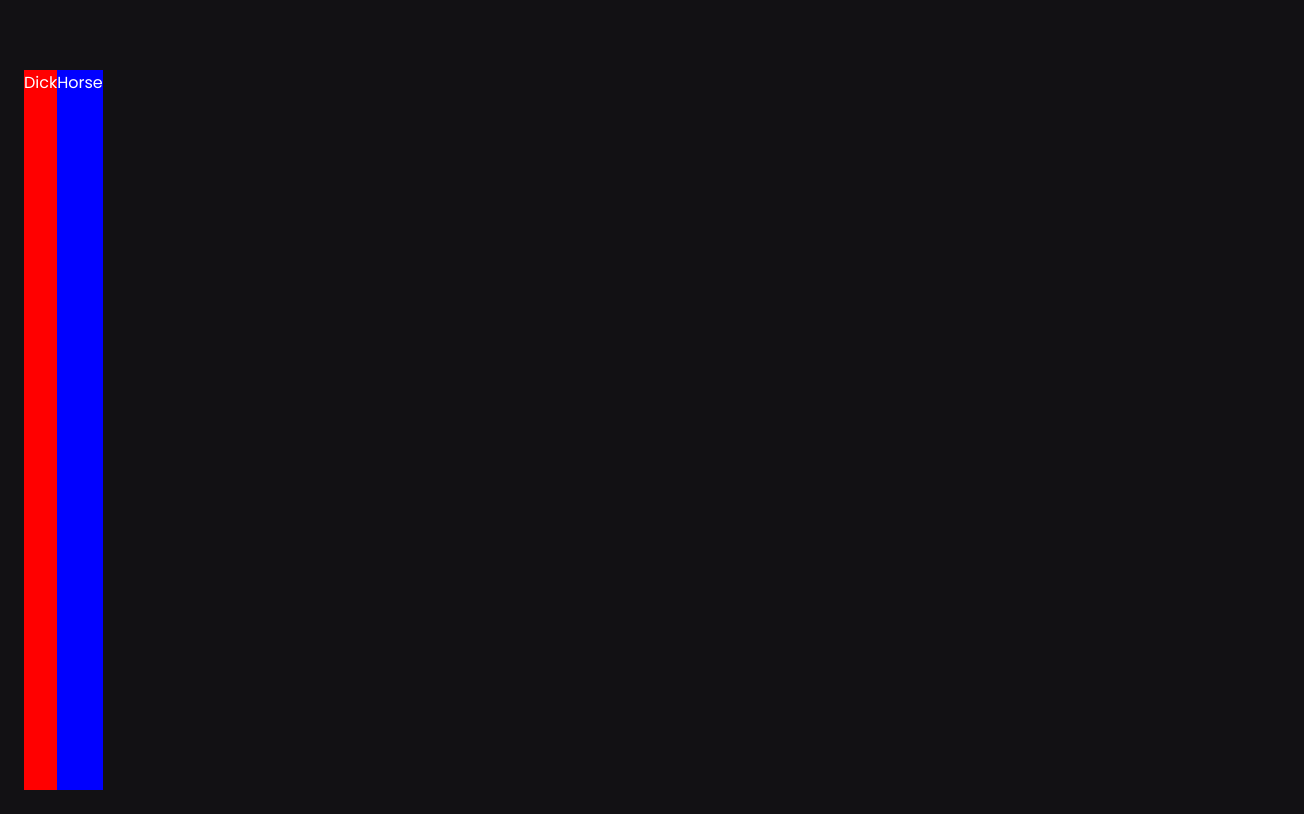
Repository: tjcages/adhoc
Page: /
An editor plug-in stored every save of this project. The page is shown before and after the next save, followed by the edit.
The browser window is 1280 px wide. The page is 1304 px wide, so the pictures cover 1304 px, including what lies to the right of the window. The pictures show the whole page.
The project was rebuilt for these pictures with package versions that can differ from the ones it lists, and the page was loaded fresh each time.

Above is the page before, as saved 2021-03-11 15:38:46.

### src/index.js
import React from 'react';
import ReactDOM from 'react-dom';
import App from './App.tsx';
import './scss/main.scss';

ReactDOM.render(
  <React.StrictMode>
    <App />
  </React.StrictMode>,
  document.getElementById('root')
);

### src/App.tsx
// import Header from './components/Header.jsx'
import { Layout } from './components/Layout'

function App() {
  return (
    <div className="App">
      <Layout />
    </div>
  );
}

export default App;

### src/scss/main.scss
@import './variables';

// Selectively import certain Bootstrap files
@import 'node_modules/bootstrap/scss/bootstrap-grid';
@import 'node_modules/bootstrap/scss/mixins';
@import 'node_modules/bootstrap/scss/utilities';
@import 'node_modules/bootstrap/scss/images';

@import './App';
@import './Header';
@import './Layout';

### src/components/Layout.tsx
import * as React from "react";

export const Layout = () => {
    return (
        <div className="layout_container">
            <div className="layout_navigation">Dick</div>
            <div className="layout_browser">Horse</div>
        </div>
    )
}

### src/scss/variables.scss
@import url("https://fonts.googleapis.com/css2?family=Roboto+Condensed&display=swap");
@import url("https://fonts.googleapis.com/css2?family=Roboto:wght@300;400;500;700;900&display=swap");

// Fonts
$font-family-serif: "Open Sans", serif;
$font-family-sans-serif: "Montserrat", "Open Sans", sans-serif;
$font-family-font-awesome: 'Font Awesome 5 Pro';
$font-family-font-awesome-brands: 'Font Awesome 5 Brands';
$Roboto-condensed: "Roboto Condensed", sans-serif;
$Roboto: "Roboto", sans-serif;

// Colors
$primary:                               #FF5454 ;
$secondary:                             #606975;
$red:                                   #ff0000;
$dark:                                  #374250;
$light:                                 #f8f8f8;
$gray:                                  #606975;
$white:                                 #ffffff;
$text-dark:                             #838899;

// Body
$body-bg:                               #E6E6E6;
$body-color:                            #000;

// Links
$link-color:                            $text-dark;
$link-decoration:                       none;
$link-hover-color:                      $primary;
$link-hover-decoration:                 none;

### src/scss/App.scss
@import url('https://fonts.googleapis.com/css?family=Poppins:300,400,500,600');

html {
  margin: 0px;
  padding: 0px;
}

body {
  font-family: 'Poppins';
  margin: 0px;
  background: rgb( 18, 17, 20 );
  color: rgb( 255, 255, 255 );
  padding: 24px;
  margin-top: 10px;
}

h1 {
  margin: 0;
  font-size: 36px;
  font-weight: 500;
}

### src/scss/_Header.scss
#container {
    overflow: hidden;
    display: grid;

    .titlebar {
        -webkit-app-region: drag;
        height: 32px;
        margin-bottom: 10px;
    }

    .space-info {
        padding-left: 32px;
        padding-right: 32px;
        overflow: hidden;
        float: left;
        display: flex;
        align-items: center;
        cursor: pointer;

        .indicator {
            height: 36px;
            width: 36px;
            background-color: rgba( 235, 68, 89, 0.3 );
            border-radius: 50%;
            align-items: center;
            display: flex;
            margin-right: 16px;
        }

        .inner-indicator {
            height: 10px;
            width: 10px;
            background-color: #EB4459;
            border-radius: 50%;
            margin-left: 13px;
        }

        .info-button {
            overflow: hidden;
            float: left;
            display: flex;
            align-items: center;
            margin-left: 12px;
            background-color: rgba( 0, 0, 0, 0 );
            padding-top: 12px;
            padding-bottom: 12px;
            opacity: 0.5;
            cursor: pointer;
            outline: none;
            border: none;

            .dot {
                height: 4px;
                width: 4px;
                background-color: #fff;
                border-radius: 50%;
                margin-left: 3px;
            }
        }
        .info-button:hover {
            opacity: 0.7;
        }
    }

    .bottom-container {
        display: flex;
        padding-left: 32px;
        padding-right: 32px;

        .search {
            flex-grow: 1;
            background-color: #201F22;
            border-radius: 8px;
            display: flex;
            align-items: center;
            margin-top: 12px;
            padding-left: 8px;
            padding-right: 8px;
            padding-top: 8px;
            padding-bottom: 8px;
            max-height: 36px;
            justify-content: space-between;
            max-width: 420px;
            min-width: 200px;

            .search-content {
                display: flex;
                justify-content: flex-start;
                cursor: pointer;
                width: 70%;
            }

            .search-button {
                outline: none;
                border: none;
                background-color: rgba( 0, 0, 0, 0 );
                cursor: pointer;

                .search-icon {
                    width: 20px;
                    height: 20px;
                    color: #8E8D8F;
                }
            }

            .search-input {
                color: #8E8D8F;
                margin-left: 8px;
                outline: none;
                border-color: none;
                border-style: hidden;
                background-color: rgba( 0, 0, 0, 0 );
                font-size: 16px;
                font-weight: 400;
                width: 80%;
            }
            .search-input:focus {
                color: #fff;
            }

            h4 {
                color: #8E8D8F;
                margin-left: 8px;

                width: 80%;
            }
        }

        .tabs {
            flex-grow: 1;
            min-height: 48px;
            margin-top: 4px;
            margin-left: 24px;

            .tabs-items {
                display: flex;
                justify-content: flex-end;
                align-items: center;
                margin-bottom: 12px;

                h3 {
                    margin-left: 24px;
                    cursor: pointer;
                }

                .tab-button {
                    outline: none;
                    border: none;
                    margin-left: 24px;
                    background-color: rgba( 0, 0, 0, 0 );
                    cursor: pointer;

                    .tab-icon {
                        width: 28px;
                        height: 28px;
                        color: #fff;
                    }
                }
            }

            .tabs-line {
                background-color: #8E8D8F;
                opacity: 0.5;
                height: 2px;
                width: 100%;
            }
        }
    }

    .web-container {
        display: flex;
        padding-top: 32px;
        margin-left: 32px;
        margin-right: 32px;
        // overflow-x: scroll;
        // overflow-y: hidden;
        white-space: nowrap;

        .web-arbox {
            background-color: #aaa;
            border-radius: 8px;
            overflow: hidden;
            margin-right: 32px;

            width: 35vw;
            height: 0;
            padding-bottom: 20%;
            position: relative;

            .webview {
                position: absolute;
                top: 0;
                right: 0;
                bottom: 0;
                left: 0;

                display: inline-flex;
                width: 100%;
                height: 100%;
                background-image: url("../assets/dribbble.png");
                background-repeat: no-repeat;
                background-position: top left;
                background-size: cover;
                border-color: #8E8D8F;
                border-style: solid;
                border-width: 1px;
                border-radius: 8px;
                overflow: hidden;
              }
          }
    }
}

### src/scss/_Layout.scss
.layout_container {
    margin-top: 36px;
    display: flex;
    width: 100vw;
    height: 100vh;
    flex-direction: row;

    .layout_navigation {
        background-color: red;
    }

    .layout_browser {
        background-color: blue;
    }
}

Loaded but not shown: public/index.html (common file)

After the next save:
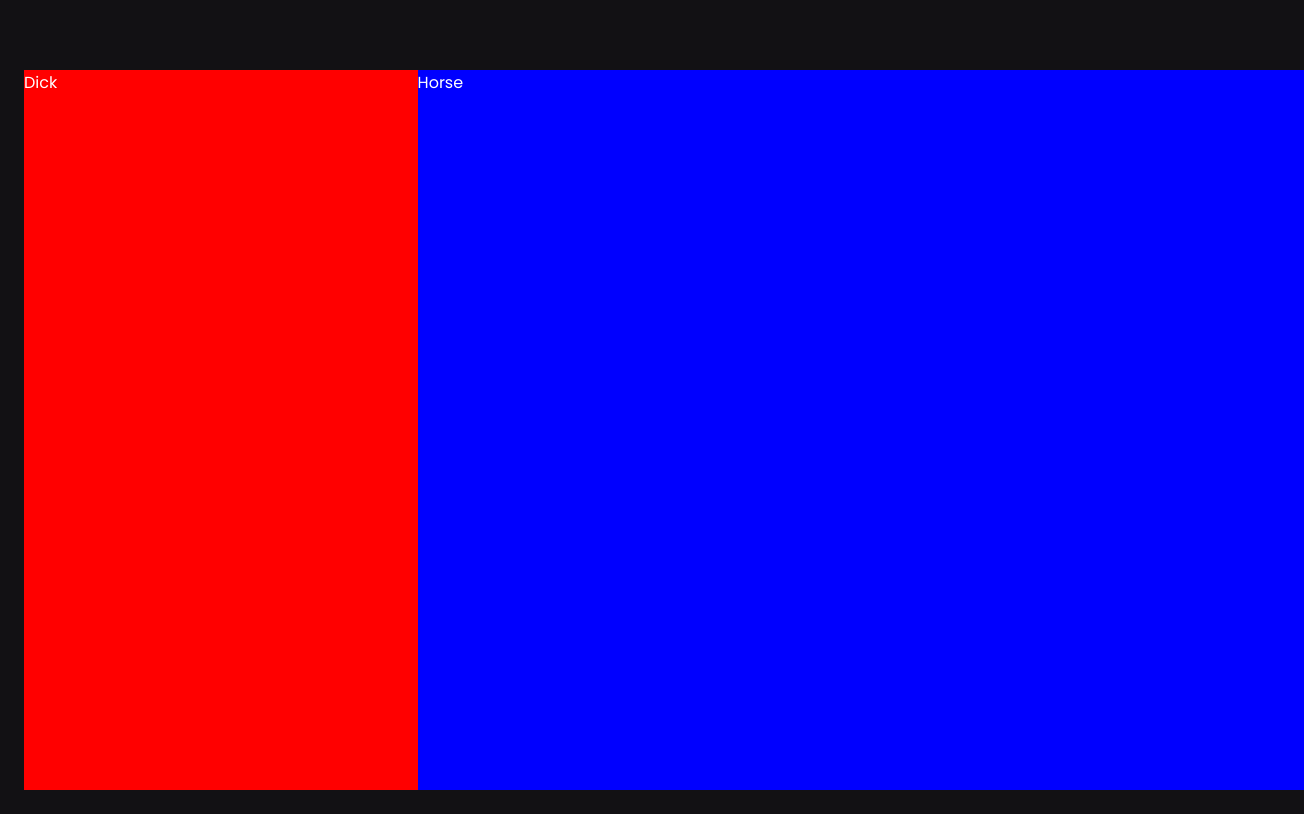
Saved 17 s later.
--- a/src/scss/_Layout.scss
+++ b/src/scss/_Layout.scss
@@ -6,10 +6,12 @@
     flex-direction: row;
 
     .layout_navigation {
+        flex-grow: 0.3;
         background-color: red;
     }
 
     .layout_browser {
+        flex-grow: 0.7;
         background-color: blue;
     }
 }
